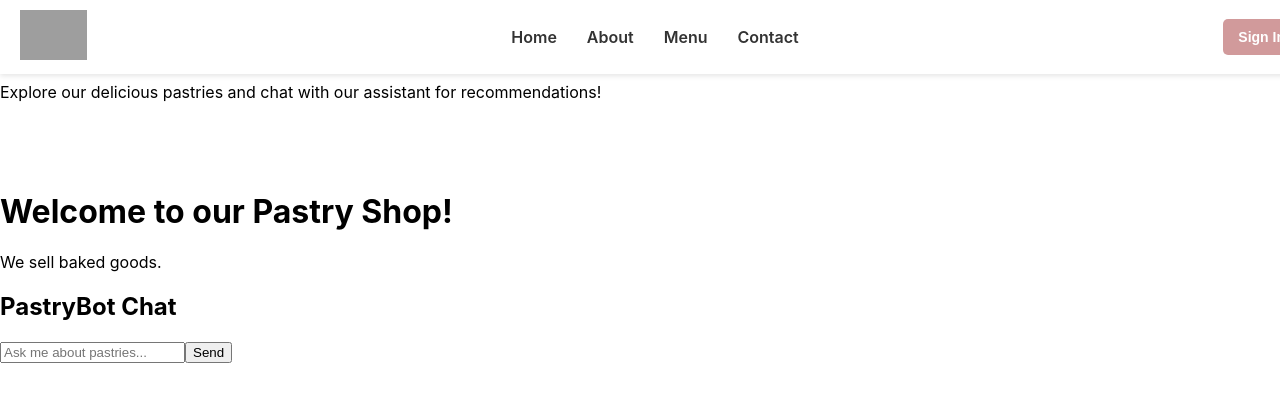
Repository: agrnerd17/Website-Chatbot
Page: / (app in pastry-chatbot/)
These files come from the project's save history. The page is drawn as it stood at one moment and after the next save; the edit follows.
The browser window is 1280 px wide. The pictures show the whole page.
Pictures or frames that could not be fetched are drawn as grey boxes. The project was rebuilt for these pictures with package versions that can differ from the ones it lists, and the page was loaded fresh each time. Also part of the build but not shown: pastry-chatbot/src/styles/Chatbot.css.

Above is the page before, as saved 2024-12-08 00:30:09.

### pastry-chatbot/src/App.js
import React from "react";
import Chatbot from "./components/Chatbot";
import Navbar from "./components/Navbar";
import "./styles/Navbar.css";

function App() {
  return (
    <div className="App">
      <header>
        <h1 className="text-center text-3xl font-bold my-6">Welcome to Pastry Delight</h1>
      </header>
      <main>
        <div className="content text-center">
          <p>Explore our delicious pastries and chat with our assistant for recommendations!</p>
        </div>
      </main>
      <div>
        <Navbar />
        <main style={{ marginTop: "90px" }}> {/* Adjust */}
          <h1>Welcome to our Pastry Shop!</h1>
          <p>We sell baked goods.</p>
        </main>
      </div>
      <Chatbot /> {/* Include the chatbot */}
    </div>
  );
}

export default App;

### pastry-chatbot/src/components/Chatbot.js
import React, { useState } from "react";
import { getChatbotResponse } from "../api/cohereAPI";
import "../styles/Chatbot.css";

const Chatbot = () => {
  const [messages, setMessages] = useState([]);
  const [userInput, setUserInput] = useState("");

  const handleSend = async () => {
    if (!userInput.trim()) return;

    const userMessage = { sender: "user", text: userInput };
    setMessages((prev) => [...prev, userMessage]);
    setUserInput("");

    const prompt = messages
      .map((msg) => `${msg.sender}: ${msg.text}`)
      .join("\n") + `\nuser: ${userInput}\nbot:`;

    const botResponse = await getChatbotResponse(prompt);
    const botMessage = { sender: "bot", text: botResponse };
    setMessages((prev) => [...prev, botMessage]);
  };

  return (
    <div className="flex flex-col items-center w-full max-w-lg p-4 bg-gray-100 rounded-lg shadow-md">
      <h2 className="text-2xl font-bold mb-4">PastryBot Chat</h2>
      <div className="flex flex-col w-full h-96 overflow-y-auto bg-white border rounded-lg p-4 mb-4">
        {messages.map((msg, index) => (
          <div
            key={index}
            className={`p-2 rounded mb-2 ${
              msg.sender === "user"
                ? "self-end bg-blue-500 text-white"
                : "self-start bg-gray-200"
            }`}
          >
            {msg.text}
          </div>
        ))}
      </div>
      <div className="flex w-full gap-2">
        <input
          type="text"
          className="flex-grow p-2 border rounded-lg"
          value={userInput}
          onChange={(e) => setUserInput(e.target.value)}
          placeholder="Ask me about pastries..."
        />
        <button
          className="p-2 bg-blue-500 text-white rounded-lg hover:bg-blue-600"
          onClick={handleSend}
        >
          Send
        </button>
      </div>
    </div>
  );
};

export default Chatbot;

### pastry-chatbot/src/components/Navbar.js
import React from "react";
import "../styles/Navbar.css"; // Make sure this path is correct

const Navbar = () => {
  return (
    <nav className="navbar">
      {/* Logo */}
      <div className="navbar-logo">
        <img src="your-logo.png" alt="Pastry Logo" />
      </div>

      {/* Menu */}
      <ul className="navbar-menu">
        <li>Home</li>
        <li>About</li>
        <li>Menu</li>
        <li>Contact</li>
      </ul>

      {/* Right Action (e.g., Sign In or Cart) */}
      <div className="navbar-right">
        <button className="navbar-button">Sign In</button>
        {/* Optional cart icon */}
        {/* <i className="fas fa-shopping-cart"></i> */}
      </div>
    </nav>
  );
};

export default Navbar;

### pastry-chatbot/src/styles/Navbar.css
/* Navbar container */
.navbar {
    display: flex;
    justify-content: space-between;
    align-items: center;
    padding: 10px 20px;
    background-color: #ffffff;
    box-shadow: 0 2px 5px rgba(0, 0, 0, 0.1);
    position: fixed;
    width: 100%;
    top: 0;
    z-index: 1000;
  }

  /* Logo styling */
  .navbar-logo img {
    height: 50px;
    width: auto;
  }

  /* Menu styling */
  .navbar-menu {
    display: flex;
    gap: 30px;
    list-style: none;
    margin: 0;
    padding: 0;
  }

  .navbar-menu li {
    font-size: 16px;
    font-weight: 600;
    color: #333333;
    cursor: pointer;
    transition: color 0.3s;
  }

  .navbar-menu li:hover {
    color: #d19a9b; /* Light pink color */
  }

  /* Right action (e.g., button or icon) */
  .navbar-right {
    display: flex;
    align-items: center;
    gap: 20px;
  }

  .navbar-button {
    background-color: #d19a9b; /* Light pink color */
    color: #ffffff;
    border: none;
    padding: 10px 15px;
    border-radius: 5px;
    font-size: 14px;
    font-weight: 600;
    cursor: pointer;
    transition: background-color 0.3s;
  }

  .navbar-button:hover {
    background-color: #c08888; /* Slightly darker pink */
  }

### pastry-chatbot/src/api/cohereAPI.js
import axios from "axios";

const COHERE_API_KEY = "7ZT0rkNdOrKYfye8DC5qSUtG36H3IhRQ2pvKHDgT"; // Replace with your API key

export async function getChatbotResponse(prompt) {
  try {
    const response = await axios.post(
      "https://api.cohere.ai/v1/generate",
      {
        model: "command-xlarge-nightly",
        prompt,
        max_tokens: 100,
        temperature: 0.7,
      },
      {
        headers: {
          Authorization: `Bearer ${COHERE_API_KEY}`,
          "Content-Type": "application/json",
        },
      }
    );
    return response.data.generations[0].text.trim();
  } catch (error) {
    console.error("Error fetching response from Cohere:", error);
    return "Oops! Something went wrong. Please try again.";
  }
}

Loaded but not shown: pastry-chatbot/public/index.html (common file); pastry-chatbot/src/index.js (common file); pastry-chatbot/src/index.css (common file); pastry-chatbot/src/reportWebVitals.js (common file)

After the next save:
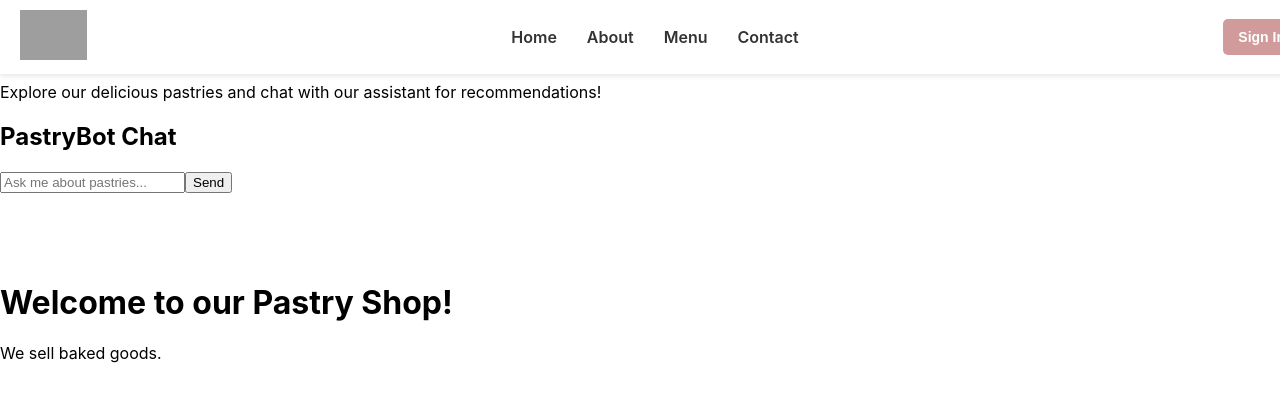
Saved 31 s later.
--- a/pastry-chatbot/src/App.js
+++ b/pastry-chatbot/src/App.js
@@ -14,6 +14,7 @@ function App() {
           <p>Explore our delicious pastries and chat with our assistant for recommendations!</p>
         </div>
       </main>
+      <Chatbot /> {/* Include the chatbot */}
       <div>
         <Navbar />
         <main style={{ marginTop: "90px" }}> {/* Adjust */}
@@ -21,8 +22,8 @@ function App() {
           <p>We sell baked goods.</p>
         </main>
       </div>
-      <Chatbot /> {/* Include the chatbot */}
     </div>
+
   );
 }
 
